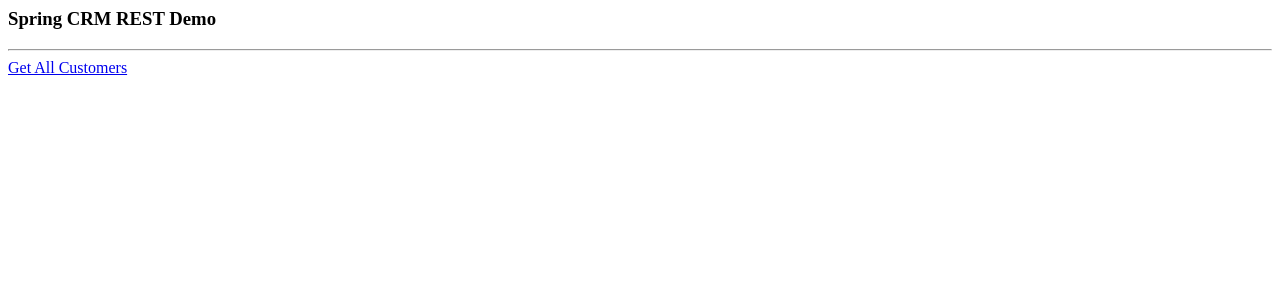
Repository: zvonimirbedi/spring_training
Page: http://localhost/spring-crm-rest-demo/
An editor plug-in stored every save of this project. The page is shown before and after the next save, followed by the edit.
The browser window is 1280 px wide. The pictures show the whole page.
The page is served by Tomcat 9. Other server files are loaded and not shown.

Above is the page before, as saved 2019-12-10 12:05:02.

### spring-crm-rest-demo/src/main/webapp/index.jsp
<html>
<body>

<h3>Spring CRM REST Demo</h3>

<hr>

<a href="${pageContext.request.contextPath}/api/customers" >Get All Customers</a>


</body>
</html>

After the next save:
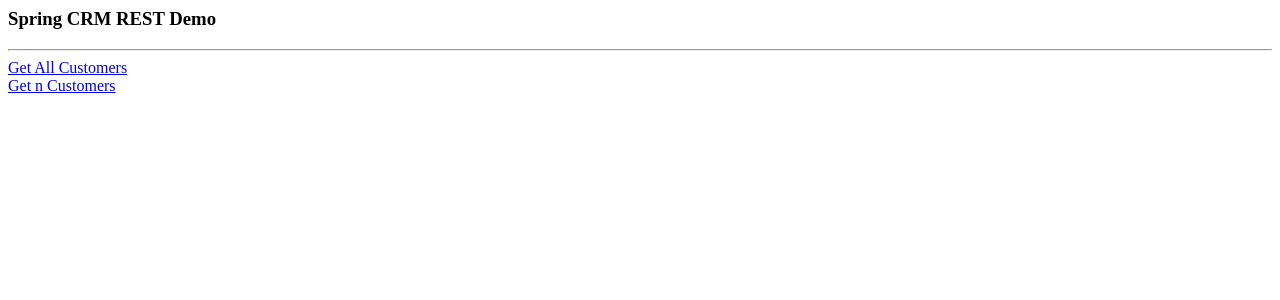
Saved 4 min 45 s later.
--- a/spring-crm-rest-demo/src/main/webapp/index.jsp
+++ b/spring-crm-rest-demo/src/main/webapp/index.jsp
@@ -6,6 +6,9 @@
 <hr>
 
 <a href="${pageContext.request.contextPath}/api/customers" >Get All Customers</a>
+<br/>
+<a href="${pageContext.request.contextPath}/api/customers" >Get n Customers</a>
+<br/>
 
 
 </body>
